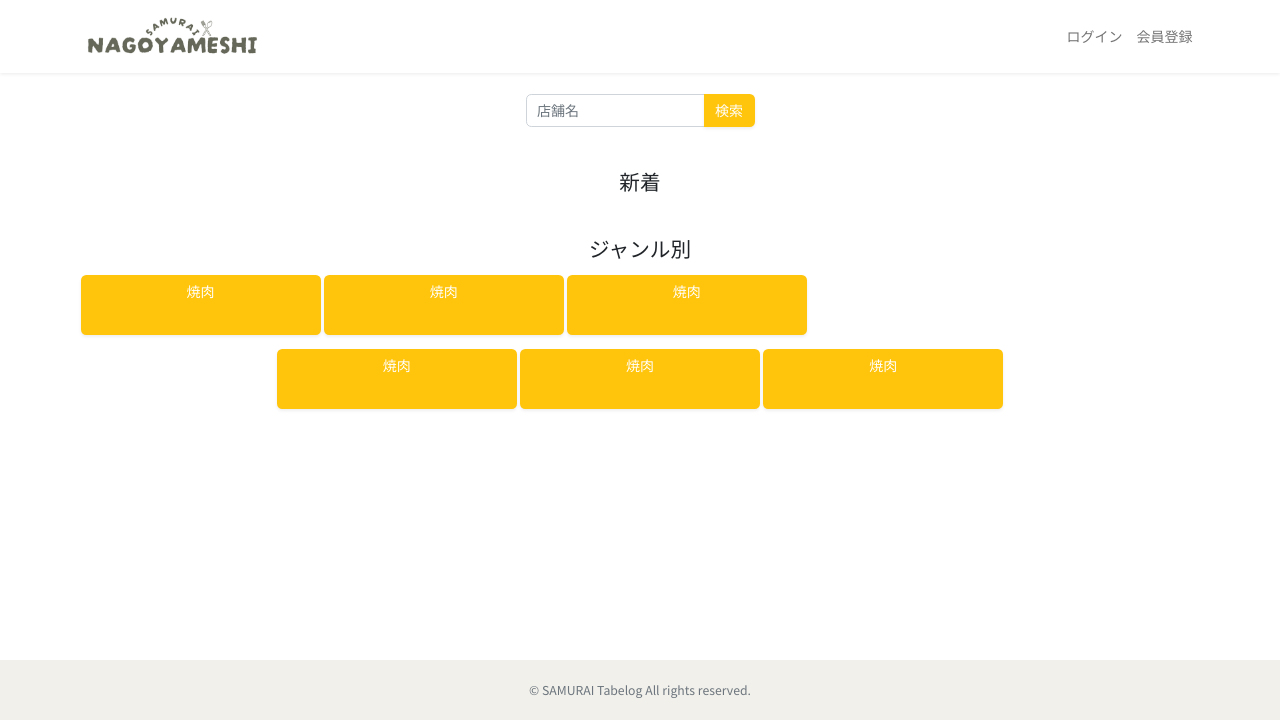
Repository: Mofu-Ya/springboot-tabelog-kadai
Page: http://localhost/index
These files come from the project's save history. The page is drawn as it stood at one moment and after the next save; the edit follows.
The browser window is 1280 px wide. The pictures show the whole page.
The page is this project's Thymeleaf template; nobody is signed in. The template is opened directly, without the code that normally fills it, so the values that code supplies are empty.

Above is the page before, as saved 2025-01-18 02:08:15.

After the next save:
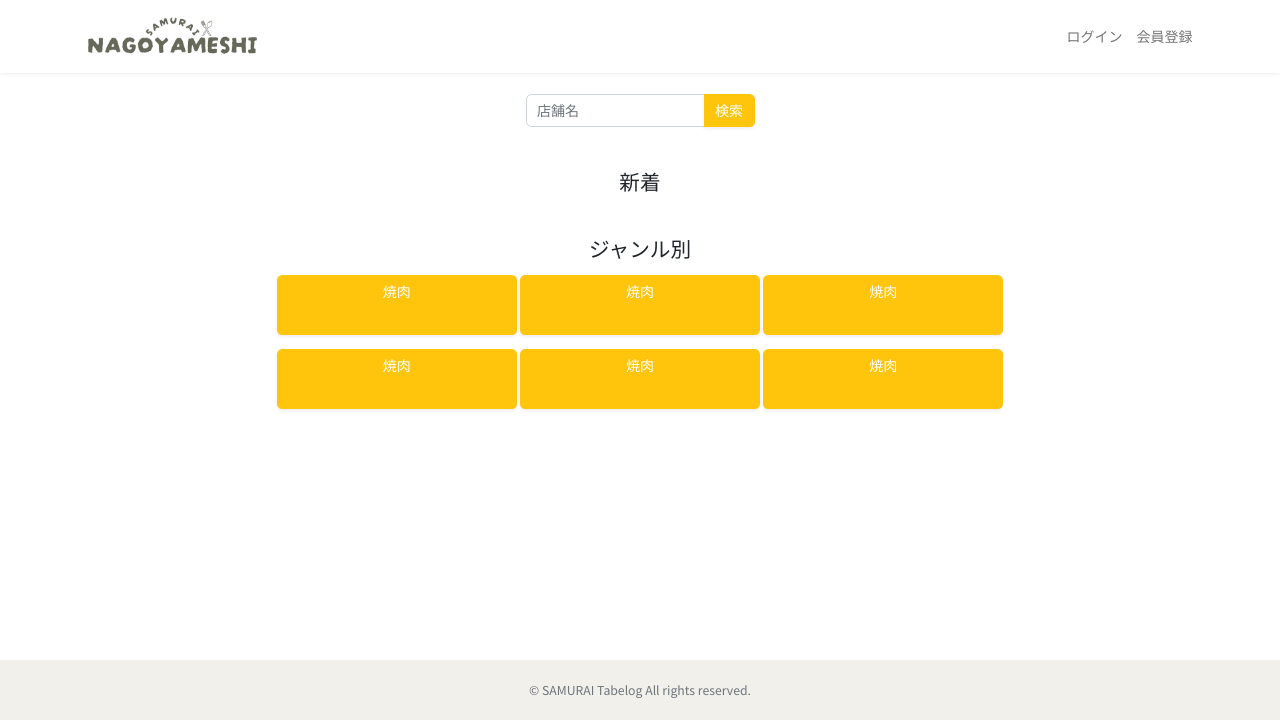
Saved 15 s later.
--- a/kadai_002/samuraitabelog/src/main/resources/templates/index.html
+++ b/kadai_002/samuraitabelog/src/main/resources/templates/index.html
@@ -63,7 +63,7 @@
 <!--                     <div class="col col-lg-10 col-10 mb-3 justify-content-center">-->
 
 						 <div class="row mb-3">
-							 <div class="col ext-center">
+							 <div class="col text-center">
 							<a class="btn text-white shadow-sm category-btn samuraitabelog-btn" th:href="@{/restaurants}">焼肉</a>
 						 	<a class="btn text-white shadow-sm category-btn samuraitabelog-btn" th:href="@{/restaurants}">焼肉</a>
 						 	<a class="btn text-white shadow-sm category-btn samuraitabelog-btn" th:href="@{/restaurants}">焼肉</a>
